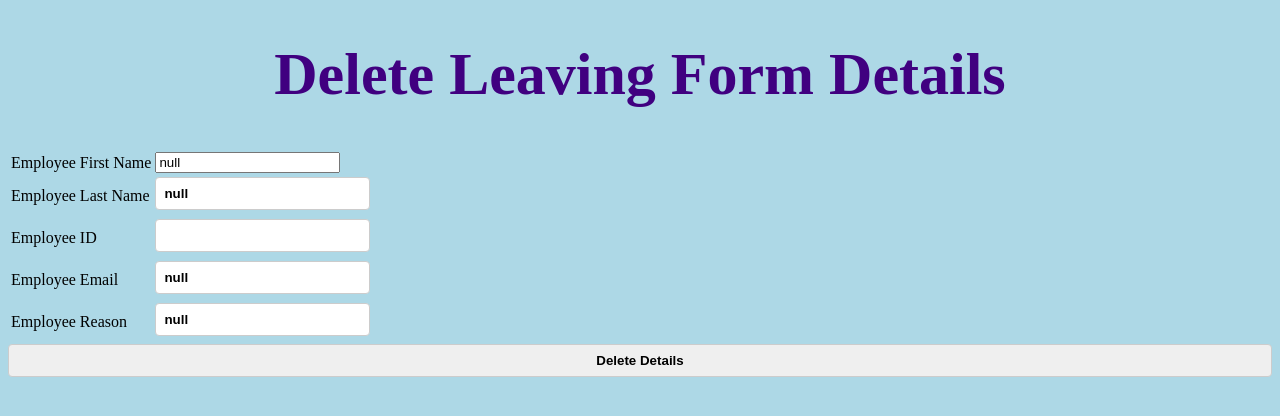
Repository: nishadi-s/Online-Staff-Management-System
Page: http://localhost/LeavingEmp/deleteEmp.jsp
The author's editor kept a copy of each file at every save. The page is drawn from the files as they stood at one save, then again after the next save.
The browser window is 1280 px wide. The pictures show the whole page.
The page is served by Tomcat 9.

Above is the page before, as saved 2023-10-24 12:16:00.

After the next save:
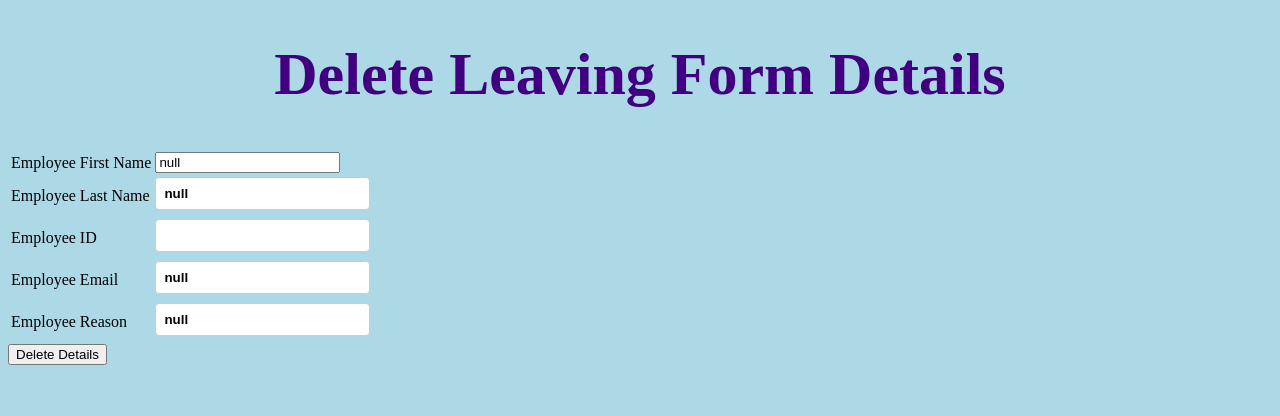
Saved 45 s later.
--- a/LeavingEmp/src/main/webapp/deleteEmp.jsp
+++ b/LeavingEmp/src/main/webapp/deleteEmp.jsp
@@ -48,7 +48,7 @@ String e_reason=request.getParameter("ereason");
 <td> <input type="text" class="form-control" name="ereason" value="<%= e_reason %>"readonly> </td>
 </tr>
 </table>
-<input type="submit" class="form-control" name="submit" value="Delete Details"> <br>
+<input type="submit" name="submit" value="Delete Details"> <br>
 
 </form>
 
